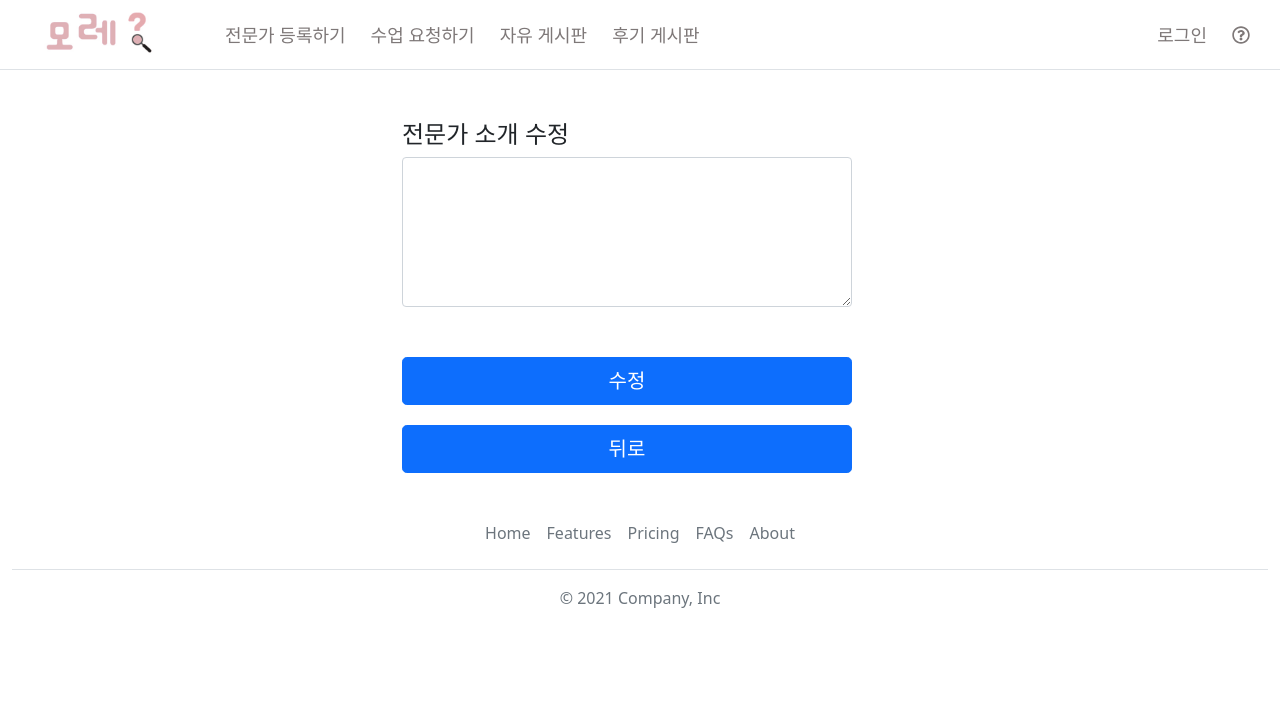
Repository: isssson/MVC2_more
Page: http://localhost/more/WEB-INF/views/expert/expertIntroForm.jsp
An editor plug-in stored every save of this project. The page is shown before and after the next save, followed by the edit.
The browser window is 1280 px wide. The pictures show the whole page.
Some web libraries are served in a nearby version. The page is served by Tomcat 9. Nobody is signed in. Other server files are loaded and not shown. The template is opened directly, without the code that normally fills it, so the values that code supplies are empty.

Above is the page before, as saved 2021-12-08 02:52:51.

### more/src/main/webapp/WEB-INF/views/expert/expertIntroForm.jsp
<%@ page language="java" contentType="text/html; charset=UTF-8"
    pageEncoding="UTF-8"%>
<!DOCTYPE html>
<html>
<head>
<meta charset="UTF-8">
<link href="resources/css/bootstrap.min.css" rel="stylesheet">
<link href="resources/css/expert/expertUpdate.css" rel="stylesheet">
<style>
   .container {
     width: 500px;
     margin-top: 50px;
   }
   .mb-2 input {
     width: 450px;
   }
   .mb-2 textarea {
     width: 450px;
     height: 150px;
     padding: 10px;
   }
</style>
<title>모래-전문가수정</title>
</head>
<body>
<%@ include file="/WEB-INF/views/header.jsp" %>
<div class="container">
  <div class="col-md-12 order-md-1">
      <h4>전문가 소개 수정</h4>
      <form name="expertIntroForm" action="expertIntro.do?id=${sessionScope.sessionId}" method="post">
        <div class="mb-2">
            <textarea class="form-control" name="intro">${dto.intro}</textarea>
        </div>
        <div style="margin-top: 50px;">
           <button class="btn btn-lg btn-primary" type="submit" style="width: 450px; margin-bottom:20px;" >수정</button>
           <button class="btn btn-lg btn-primary" type="button" style="width: 450px;" onclick="location.href='expertProfile.do?id=${sessionScope.sessionId}'">뒤로</button>
        </div>
     </form>
  </div>
</div>
<%@ include file="/WEB-INF/views/footer.jsp" %>
</body>
</html>

### more/src/main/webapp/WEB-INF/views/header.jsp
<%@ page language="java" contentType="text/html; charset=UTF-8"
    pageEncoding="UTF-8"%>
<%@ taglib prefix="c" uri="http://java.sun.com/jsp/jstl/core" %>
<script src="https://use.fontawesome.com/releases/v5.2.0/js/all.js"></script>
<link href="resources/css/header.css" rel="stylesheet">
<!-- ---------------------비회원  -->
<c:if test="${sessionScope.sessionStatus == null }">
	<header>
    <div id="headerContainer">
        <a href="index.do"><img src="resources/img/more_logo.jpg" alt="logo" style="padding: 10px"></a>
        <div id="menubar">
          <div id="leftMenu">
            <div><a href="regist1.do">전문가 등록하기</a></div>
            <div><a href="lessonList.do">수업 요청하기</a></div>
            <div><a href="bbsList.do">자유 게시판</a></div>
            <div><a href="reviewList.do">후기 게시판</a></div>
          </div>
          <div id="rightMenu">
               <div><a href="login.do">로그인</a></div>
               <div><a href="#"><i class="far fa-question-circle"></i></a></div>
          </div>
        </div>
      </div>
	</header>
</c:if>
<!----------------------기본(의뢰인) 로그인중-->
<c:if test="${sessionScope.sessionStatus == 1 }">
	<header>
     <div id="headerContainer">
        <a href="index.do"><img src="resources/img/more_logo.jpg" alt="logo" style="padding: 10px"></a>
        <div id="menubar">
          <div id="leftMenu">
            <div id="client" onmouseover="show()" onmouseout="hide()">
               <a href="#">레슨</a>
              </div>
            <div id="joinExpert">
               <a href="regist1.do">전문가 등록하기</a>
             </div>
            <div><a href="bbsList.do">자유 게시판</a></div>
            <div><a href="reviewList.do">후기 게시판</a></div>
          </div>
          <div id="rightMenu">
            <div>${sessionScope.sessionName }님</div>
            <div><a href=""><i class="far fa-bell fa-1x"></i></a></div>
            <div><a href="setting.do"><i class="far fa-user fa-1x"></i></a></div>
            <div><a href="#"><i class="far fa-question-circle"></i></a></div>
          </div>
        </div>
      </div>
      <div id="hiddenHeaderContainer" onmouseover="show()" onmouseout="hide()">
        <div class="hiddenItem">
          <div class="Item"><a href="suggestList.do">레슨 목록</a></div>
          <div class="Item"><a href="lessonList.do">레슨 요청하기</a></div>
          <div class="Item"><a href="sentRequest.do?id=${sessionScope.sessionId}">보낸 요청</a></div>
          <div class="Item"><a href="#">받은 제안</a></div>
        </div>
      </div>
	</header>
</c:if>
<!-- -----------------------전문가 로그인중 -->
<c:if test="${sessionScope.sessionStatus == 2 }">
	<header>
     <div id="headerContainer">
       <a href="index.do"><img src="resources/img/more_logo.jpg" alt="logo" style="padding: 10px"></a>
       <div id="menubar">
         <div id="leftMenu">
           <div id="client" onmouseover="show()" onmouseout="hide()">
              <a href="#">레슨</a>
             </div>
           <div><a href="bbsList.do">자유 게시판</a></div>
           <div><a href="reviewList.do">후기 게시판</a></div>
         </div>
         <div id="rightMenu">
           <div id="client" onmouseover="show()" onmouseout="hide()">
               <div><a href="">10000 <i class="fas fa-coins fa-1x"></i></a></div>
             </div>
           <div>${sessionScope.sessionName }님</div>
              <div><a href=""><i class="far fa-bell fa-1x"></i></a></div>
           <div><a href="setting.do"><i class="far fa-user fa-1x"></i></a></div>
           <div><a href="#"><i class="far fa-question-circle"></i></a></div>
         </div>
       </div>
     </div>
     <div id="hiddenHeaderContainer" onmouseover="show()" onmouseout="hide()">
       <div class="hiddenItem">
       	 <div class="Item"><a href="requestList.do">레슨 목록</a></div>
       	 <div class="Item"><a href="suggest.do">레슨 제안하기</a></div>
         <div class="Item"><a href="#">보낸 제안</a></div>
		 <div class="Item"><a href="#">레슨 내역</a></div>
       </div>
     </div>
	</header>
</c:if>
   <script>
       function show(){
         document.getElementById('hiddenHeaderContainer').style.display='block';
       }
       function hide(){
         document.getElementById('hiddenHeaderContainer').style.display='none';
       }
  </script>

### more/src/main/webapp/WEB-INF/views/footer.jsp
<%@ page language="java" contentType="text/html; charset=UTF-8"
    pageEncoding="UTF-8"%>
<link href="resources/css/footer.css" rel="stylesheet">
<div class="container-fluid">
  <footer class="py-3 my-4">
    <ul class="nav justify-content-center border-bottom pb-3 mb-3">
      <li class="nav-item"><a href="#" class="nav-link px-2 text-muted">Home</a></li>
      <li class="nav-item"><a href="#" class="nav-link px-2 text-muted">Features</a></li>
      <li class="nav-item"><a href="#" class="nav-link px-2 text-muted">Pricing</a></li>
      <li class="nav-item"><a href="#" class="nav-link px-2 text-muted">FAQs</a></li>
      <li class="nav-item"><a href="#" class="nav-link px-2 text-muted">About</a></li>
    </ul>
    <p class="text-center text-muted">&copy; 2021 Company, Inc</p>
  </footer>
</div>

<div class="b-example-divider"></div>

### more/src/main/webapp/resources/css/expert/expertUpdate.css
@charset "UTF-8";

h3 {
    height: 80px;
    line-height: 80px;
    font-size: 40px;
    font-weight: bold;
    text-align: center;
    margin: 80px auto;
    color: #9a5656;
}

.updateBt{
   width:450px;
   height:200px;
   text-align:center;
   margin:0 auto;
   display:flex;
   flex-direction:column;
   justify-content: center;
}

.subject{
	font-size:25px;
	color:#ff9797;
	text-align: center;
	font-weight: bold;
}

.content{
	text-align:center;
     margin-top: 50px;
}
select{
	font-size:26px;
}

### more/src/main/webapp/resources/css/header.css
@charset "UTF-8";
a{
    text-decoration:none;
    color:rgb(26, 25, 25);
}
a:hover{
    color:rgb(26, 25, 25);
}
svg{
    color: #7e7878;
}
svg:hover{
    color: #424040;
    cursor: pointer;
}
#headerContainer{
    width:100%;
    height:70px;
    margin: 0 auto;
    display: flex;
    flex-direction: row;
    border-bottom:1px solid #dee2e6;
}
#headerContainer img{
    width: 200px;
    height: 65px;
    object-fit: cover;
}
#headerContainer #menubar{
    width:100%;
    height: 70px;
    display: flex;
    flex-direction: row;
    justify-content: space-between;
}
#headerContainer #menubar div a{
    font-size: 18px;
    color: #7e7878;
}
#headerContainer #menubar a:hover{
    color: #424040;
    font-weight: bold;
}
#menubar #leftMenu{
    display: flex;
}
#menubar #rightMenu{
    display: flex;
    margin-right: 30px;
}
#menubar #leftMenu div, #menubar #rightMenu div{
    font-size: 18px;
    line-height: 70px;
    margin-left: 25px;
}
#hiddenHeaderContainer{
    position: absolute;
    display: none;
    z-index: 1;
    width:100%;
    height:70px;
    left:50%;
    border-top:1px solid rgb(187, 183, 183);
    border-bottom:1px solid rgb(187, 183, 183);
    transform: translate(-50%);
    background-color: white;
}
#hiddenHeaderContainer .hiddenItem{

    width:100%;
    height:70px;
    margin-left: 170px;
    display: flex;
}
#hiddenHeaderContainer .hiddenItem .Item a{
    font-size: 18px;
    line-height: 70px;
    margin-left: 50px;
    color: #7e7878;
}
#hiddenHeaderContainer .hiddenItem .Item a:hover{
    color: #424040;
    font-weight: bold;
}

### more/src/main/webapp/resources/css/footer.css
@charset "UTF-8";
li {
	border-top: none;
}

Loaded but not shown: more/src/main/webapp/resources/css/bootstrap.min.css (library)

After the next save:
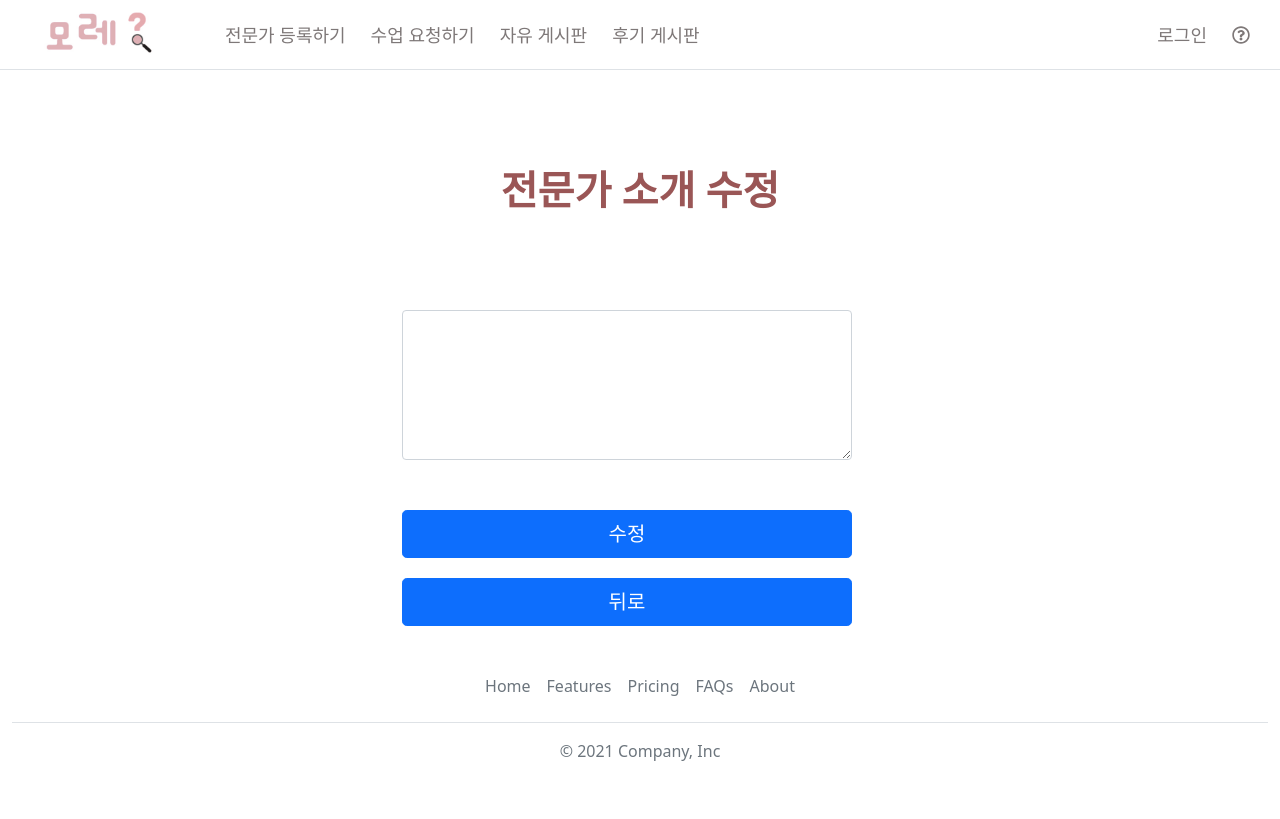
Saved 36 s later.
--- a/more/src/main/webapp/WEB-INF/views/expert/expertIntroForm.jsp
+++ b/more/src/main/webapp/WEB-INF/views/expert/expertIntroForm.jsp
@@ -26,7 +26,7 @@
 <%@ include file="/WEB-INF/views/header.jsp" %>
 <div class="container">
   <div class="col-md-12 order-md-1">
-      <h4>전문가 소개 수정</h4>
+      <h3>전문가 소개 수정</h3>
       <form name="expertIntroForm" action="expertIntro.do?id=${sessionScope.sessionId}" method="post">
         <div class="mb-2">
             <textarea class="form-control" name="intro">${dto.intro}</textarea>
